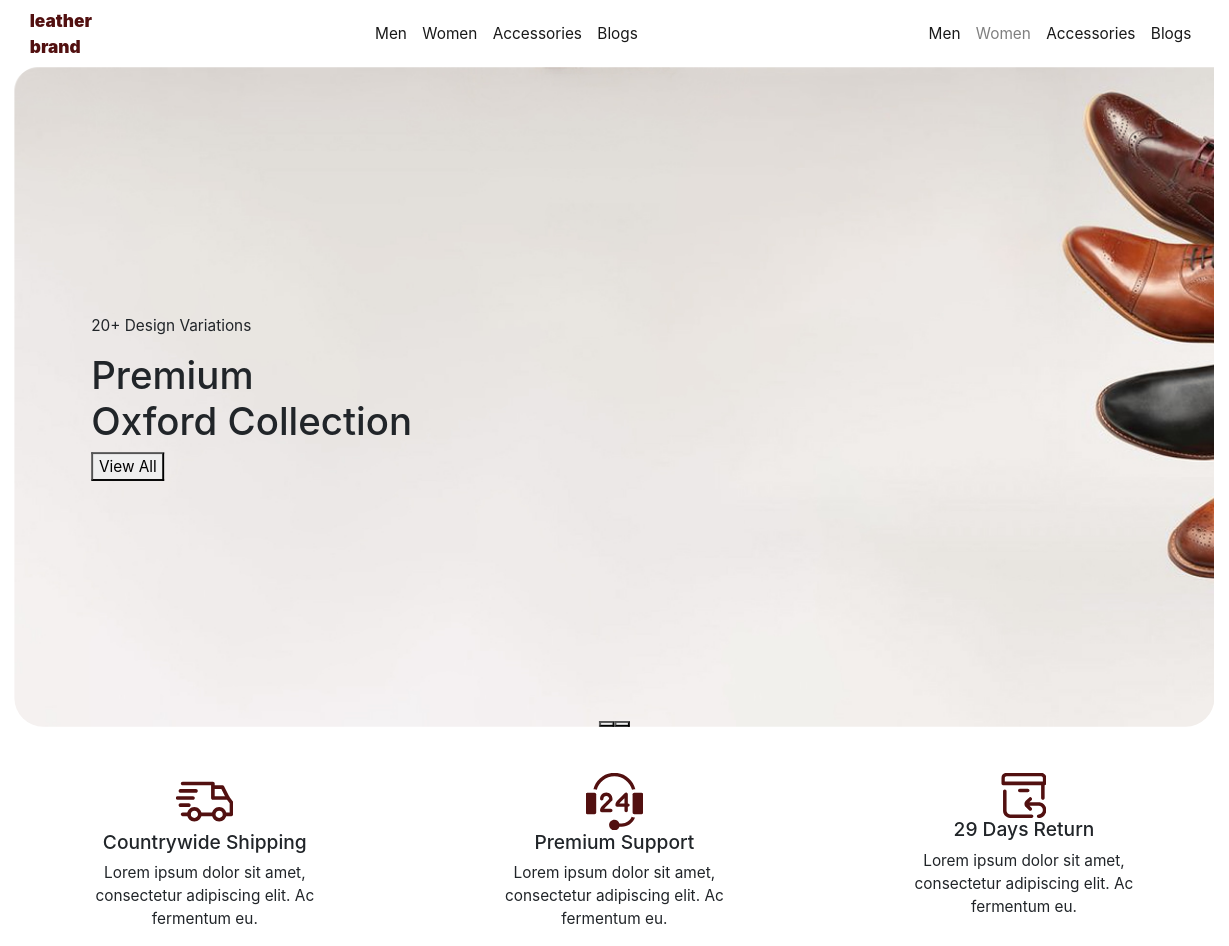
Repository: arif286/fashion-house
Page: /
The author's editor kept a copy of each file at every save. The page is drawn from the files as they stood at one save, then again after the next save.
The browser window is 1280 px wide. The pictures show the whole page, at 96% of full size.
The project was rebuilt for these pictures with package versions that can differ from the ones it lists, and the page was loaded fresh each time. The framework's server and built-in components were replaced by stand-ins that run in the browser. Also part of the build but not shown: nuxt.config.js, components/Contact.vue, components/DisplayCollection.vue, components/Footer.vue, components/NewCollection.vue, components/NuxtLogo.vue, components/Products.vue, components/Tutorial.vue.

Above is the page before, as saved 2021-07-11 22:24:01.

### components/Nav.vue
<template>
  <nav class="navbar container navbar-expand-lg navbar-light">
    <div class="container-fluid">
      <div class="nav-title">
        <span>leather</span>
        <br />
        <span>brand</span>
      </div>
      <button
        class="navbar-toggler"
        type="button"
        data-bs-toggle="collapse"
        data-bs-target="#navbarSupportedContent"
        aria-controls="navbarSupportedContent"
        aria-expanded="false"
        aria-label="Toggle navigation"
      >
        <span class="navbar-toggler-icon"></span>
      </button>
      <div id="navbarSupportedContent" class="collapse navbar-collapse">
        <div class="d-flex justify-content-center w-100">
          <ul class="navbar-nav mb-2 mb-lg-0">
            <li class="nav-item">
              <a class="nav-link active" aria-current="page" href="#">Men</a>
            </li>
            <li class="nav-item">
              <a class="nav-link active" href="#">Women</a>
            </li>
            <li class="nav-item">
              <a class="nav-link active" href="#"> Accessories </a>
            </li>
            <li class="nav-item">
              <a class="nav-link active" href="#">Blogs</a>
            </li>
          </ul>
        </div>
        <div class="ml-auto">
          <ul class="navbar-nav mb-2 mb-lg-0">
            <li class="nav-item">
              <a class="nav-link active" aria-current="page" href="#">Men</a>
            </li>
            <li class="nav-item">
              <a class="nav-link" href="#">Women</a>
            </li>
            <li class="nav-item">
              <a class="nav-link active" href="#"> Accessories </a>
            </li>
            <li class="nav-item">
              <a class="nav-link active" href="#">Blogs</a>
            </li>
          </ul>
        </div>
      </div>
    </div>
  </nav>
</template>

<script></script>
<style scoped>
.nav-title {
  color: #521010;
  font-weight: 900;
  font-size: 18px;
}
.nav-title:hover {
  color: #521010;
  font-weight: bold;
}
.nav-item a {
  color: #000;
}
</style>

### components/Service.vue
<template>
  <div class="container">
    <div class="row">
      <div
        v-for="service in services"
        :key="service.id"
        class="col-md-4 col-12"
      >
        <div class="d-flex justify-content-center">
          <div class="service-box text-center">
            <img :src="require(`@/assets/Images/${service.image}`)" alt="" />
            <h5>{{ service.title }}</h5>
            <p>{{ service.text }}</p>
          </div>
        </div>
      </div>
    </div>
  </div>
</template>

<script>
export default {
  props: {
    services: { type: Array, required: true },
  },
}
</script>
<style>
.service-box {
  width: 250px;
}
</style>

### components/Slider.vue
<template>
  <div class="container mb-5">
    <div
      id="carouselExampleIndicators"
      class="carousel slide"
      data-bs-ride="carousel"
    >
      <div class="carousel-indicators">
        <button
          type="button"
          data-bs-target="#carouselExampleIndicators"
          data-bs-slide-to="0"
          class="active"
          aria-current="true"
          aria-label="Slide 1"
        ></button>
        <button
          type="button"
          data-bs-target="#carouselExampleIndicators"
          data-bs-slide-to="1"
          aria-label="Slide 2"
        ></button>
      </div>
      <div class="carousel-inner">
        <div class="carousel-item active d-flex align-items-center">
          <div class="slider-content">
            <p>20+ Design Variations</p>
            <h1>
              Premium
              <br />
              Oxford Collection
            </h1>
            <button>View All</button>
          </div>
        </div>
        <div class="carousel-item">
          <div class="slider-content">
            <p>20+ Design Variations</p>
            <h1>
              Premium
              <br />
              Oxford Collection
            </h1>
            <button>View All</button>
          </div>
        </div>
      </div>
    </div>
  </div>
</template>

<script></script>
<style>
.carousel-item {
  background-image: url('@/assets/Images/hero1.png');
  background-repeat: no-repeat;
  width: 100%;
  background-size: cover;
  height: 687px;
  border-bottom-left-radius: 30px;
  border-bottom-right-radius: 30px;
}
.slider-content {
  margin-left: 80px;
}
</style>

### pages/index.vue
<template>
  <div>
    <Nav />
    <Slider />
    <Service :services="serviceData" />
  </div>
</template>

<script>
import { serviceData } from '@/assets/data.js'
export default {
  data() {
    return {
      serviceData,
    }
  },
}
</script>
<style>
@import url('https://fonts.googleapis.com/css2?family=Roboto:ital,wght@0,100;0,300;0,400;0,500;0,700;0,900;1,100;1,300;1,400;1,500;1,700;1,900&display=swap');

.body {
  font-family: 'Roboto', sans-serif;
}
.container {
  max-width: 1780px;
}
</style>

### assets/data.js
export const serviceData = [
  {
    id: 1,
    image: 'delivery.svg',
    title: 'Countrywide Shipping',
    text: 'Lorem ipsum dolor sit amet, consectetur adipiscing elit. Ac fermentum eu.',
  },
  {
    id: 2,
    image: 'call-center.svg',
    title: 'Premium Support',
    text: 'Lorem ipsum dolor sit amet, consectetur adipiscing elit. Ac fermentum eu.',
  },
  {
    id: 3,
    image: 'return.svg',
    title: '29 Days Return',
    text: 'Lorem ipsum dolor sit amet, consectetur adipiscing elit. Ac fermentum eu.'
  }
]

After the next save:
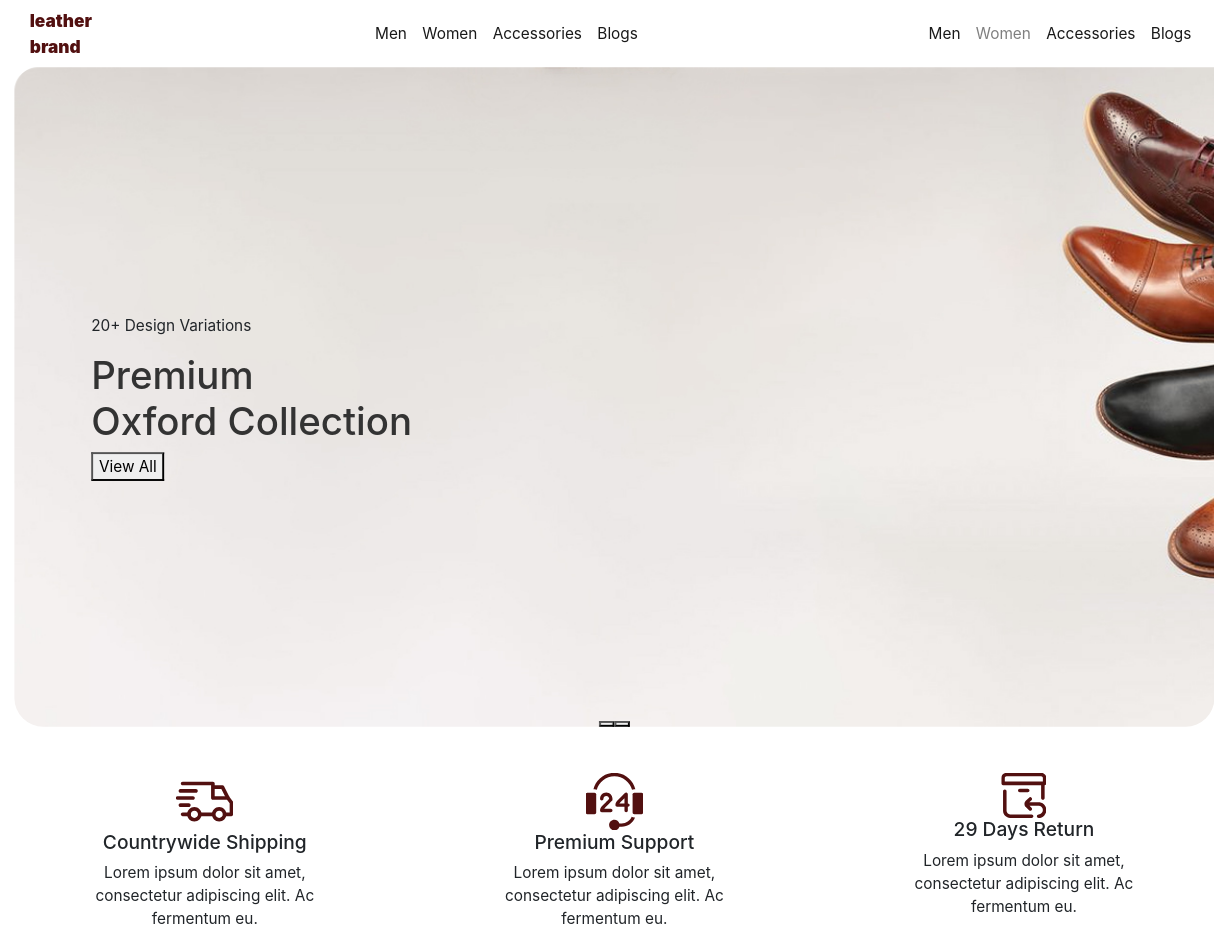
Saved 38 s later.
--- a/components/Slider.vue
+++ b/components/Slider.vue
@@ -63,4 +63,7 @@
 .slider-content {
   margin-left: 80px;
 }
+.slider-content h1 {
+  color: #333333;
+}
 </style>
